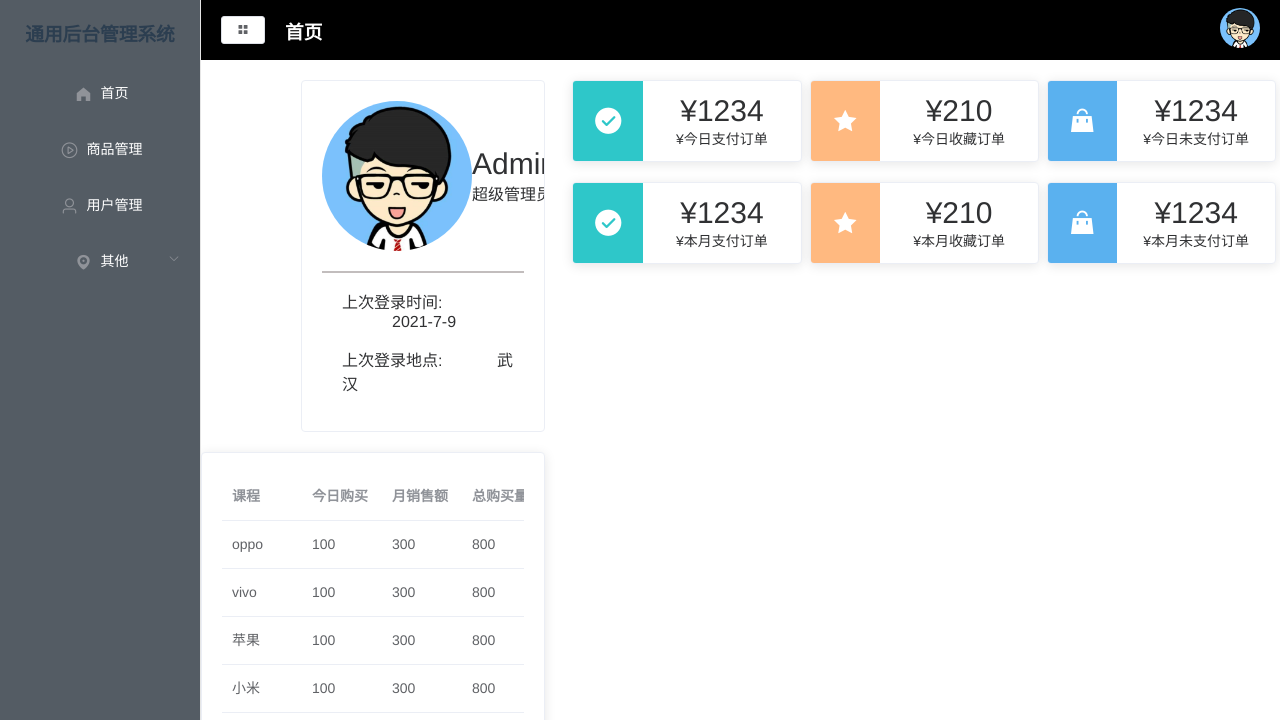
Repository: 385841539/VueStudy
Page: / (app in vue_cli/)
These files come from the project's save history. The page is drawn as it stood at one moment and after the next save; the edit follows.
The browser window is 1280 px wide. The pictures show the whole page.
An inner scrolling area shows only its first screen. The project was rebuilt for these pictures with package versions that can differ from the ones it lists, and the page was loaded fresh each time. Also part of the build but not shown: vue_cli/vue.config.js.

Above is the page before, as saved 2022-01-13 16:03:09.

### vue_cli/public/index.html
<!DOCTYPE html>
<html lang="">

<head>
  <meta charset="utf-8">
  <meta http-equiv="X-UA-Compatible" content="IE=edge">
  <meta name="viewport" content="width=device-width,initial-scale=1.0">
  <link rel="icon" href="<%= BASE_URL %>favicon.ico">
  <title>
    <%= htmlWebpackPlugin.options.title %>
  </title>
  <style>
    body {

      padding: 0px;
      margin: 0px;
      width: 100%;
      height: 100%;

    }
  </style>
</head>

<body>
  <noscript>
    <strong>We're sorry but <%= htmlWebpackPlugin.options.title %> doesn't work properly without JavaScript enabled.
        Please enable it to continue.</strong>
  </noscript>
  <div id="app"></div>
  <!-- built files will be auto injected -->
</body>

</html>

### vue_cli/src/main.js
import Vue from 'vue'
import App from './App.vue'
import './registerServiceWorker'
import router from './router'
import store from './store'

import ElementUI from 'element-ui';
import 'element-ui/lib/theme-chalk/index.css';

Vue.use(ElementUI);


Vue.config.productionTip = false



new Vue({
  router,
  store,
  render: h => h(App)
}).$mount('#app')

### vue_cli/src/App.vue
<template>
  <div id="app">
    <!-- <p>这是一个P段落</p>
    <el-button>按钮</el-button>
    <el-button type="info">信息</el-button>
    <el-radio v-model="radio" label="1">备选项1</el-radio>
    <el-radio v-model="radio" label="2">备选项1</el-radio>

    <div>
      <router-link to="/">去home组件</router-link>
      <router-link to="/about">去about组件</router-link>
    </div> -->

    <router-view></router-view>
  </div>
</template>
<script>


export default {
  data() {
    return {
      radio: "1",
    };
  },
};
</script>


<style lang="scss">
#app {
  font-family: Avenir, Helvetica, Arial, sans-serif;
  -webkit-font-smoothing: antialiased;
  -moz-osx-font-smoothing: grayscale;
  text-align: center;
  color: #2c3e50;
}

#nav {
  padding: 30px;

  a {
    font-weight: bold;
    color: #2c3e50;

    &.router-link-exact-active {
      color: #42b983;
    }
  }
}
</style>

### vue_cli/src/router/index.js
import Vue from 'vue'
import VueRouter from 'vue-router'
import Main from '../views/Main.vue'

Vue.use(VueRouter)

const routes = [
  {
    path: '/',
    name: 'main',
    component: Main,
    children: [

      {
        path: "/",
        name: "home",
        component: () => import('@/views/Home/Home')

      },
      {
        path: "/mall",
        name: "mall",
        component: () => import('@/views/Mall/Mall')

      },

    ]
  },
  {
    path: '/about',
    name: 'About',
    // route level code-splitting
    // this generates a separate chunk (about.[hash].js) for this route
    // which is lazy-loaded when the route is visited.
    component: () => import(/* webpackChunkName: "about" */ '../views/About.vue')
  }
]

const router = new VueRouter({
  mode: 'history',
  base: process.env.BASE_URL,
  routes
})

export default router

### vue_cli/src/store/index.js
import Vue from 'vue'
import Vuex from 'vuex'
import tab from "./tab"

Vue.use(Vuex)

export default new Vuex.Store({
  state: {
  },
  mutations: {
  },
  actions: {
  },
  modules: {
    tab
  }
})

### vue_cli/src/views/Main.vue
<template>
  <el-container style="height: 100vh">
    <el-aside width="auto">
      <CommonAside></CommonAside>
    </el-aside>
    <el-container>
      <el-header>
        <CommonHeader></CommonHeader>
      </el-header>
      <el-main>
        <router-view></router-view>
      </el-main>
    </el-container>
  </el-container>
</template>

<script>
// @ is an alias to /src
import CommonAside from "../components/CommonAside.vue";
import CommonHeader from "../components/CommonHeader.vue";

export default {
  name: "main",
  components: {
    CommonAside,
    CommonHeader,
  },
};
</script>
<style lang='scss' scoped>
.el-container {
  padding: 0px;
  max-width: 100%;
}
.el-aside {
  margin: 0px;
  padding: 0px;
}
.el-header {
  background-color: black;
  width: 100%;
  padding: 0%;
  margin: 0%;
}
.el-main {
  padding: 0px;
  height: 100%;
  width: 100%;
}
.router-view {
  padding: 0px;
  height: 100%;
  width: 100%;
}
</style>

### vue_cli/src/views/Home/Home.vue




<template>
  <div>
    <el-row :gutter="24">
      <el-col :span="8" style="margin-top: 20px">
        <el-card shadow="hover" style="margin-left:100px">
          <div class="user">
            <img :src="userImg" />
            <div class="userInfo">
              <p style="font-size: 30px">Admin</p>
              <p>超级管理员</p>
            </div>
          </div>

          <div class="loginInfo">
            <p>上次登录时间: <span>2021-7-9</span></p>
            <p>上次登录地点: <span>武汉</span></p>
          </div>
        </el-card>
        <el-card style="height: 470px; margin-top: 20px">
          <el-table :data="tableData">
            <el-table-column
              show-overflow-tooltip
              v-for="(value, key) in tableLabel"
              :key="key"
              :prop="key"
              :label="value"
            ></el-table-column>
          </el-table>
        </el-card>
      </el-col>
      <el-col :span="16" style="margin-top: 20px">
        <div class="num">
          <el-card
            shandow="hover"
            v-for="item in countData"
            :key="item.name"
            :body-style="{ display: 'flex', padding: 0 }"
          >
            <i
              class="icon"
              :class="`el-icon-${item.icon}`"
              :style="{ background: item.color }"
            ></i>
            <div class="detail">
              <p class="num">¥{{ item.value }}</p>
              <p class="txt">¥{{ item.name }}</p>
            </div>
          </el-card>
        </div>
      </el-col>
    </el-row>
  </div>
</template>



<script>
export default {
  data() {
    return {
      userImg: require("../../assets/images/user.png"),
      tableData: [
        {
          name: "oppo",
          todayBuy: 100,
          monthBuy: 300,
          totalBuy: 800,
        },
        {
          name: "vivo",
          todayBuy: 100,
          monthBuy: 300,
          totalBuy: 800,
        },
        {
          name: "苹果",
          todayBuy: 100,
          monthBuy: 300,
          totalBuy: 800,
        },
        {
          name: "小米",
          todayBuy: 100,
          monthBuy: 300,
          totalBuy: 800,
        },
        {
          name: "三星",
          todayBuy: 100,
          monthBuy: 300,
          totalBuy: 800,
        },
        {
          name: "魅族",
          todayBuy: 100,
          monthBuy: 300,
          totalBuy: 800,
        },
      ],
      tableLabel: {
        name: "课程",
        todayBuy: "今日购买",
        monthBuy: "月销售额",
        totalBuy: "总购买量",
      },
      countData: [
        {
          name: "今日支付订单",
          value: 1234,
          icon: "success",
          color: "#2ec7c9",
        },
        {
          name: "今日收藏订单",
          value: 210,
          icon: "star-on",
          color: "#ffb980",
        },
        {
          name: "今日未支付订单",
          value: 1234,
          icon: "s-goods",
          color: "#5ab1ef",
        },
        {
          name: "本月支付订单",
          value: 1234,
          icon: "success",
          color: "#2ec7c9",
        },
        {
          name: "本月收藏订单",
          value: 210,
          icon: "star-on",
          color: "#ffb980",
        },
        {
          name: "本月未支付订单",
          value: 1234,
          icon: "s-goods",
          color: "#5ab1ef",
        },
      ],
    };
  },
};
</script>


<style  lang="scss" scoped>
// div {
//   background: blue;
//   height: 100%;
//   padding: 0px;
//   margin: 0px;
// }


.user {
  display: flex;
  align-items: center;
  justify-content: space-around;
  border-bottom: 2px solid rgb(194, 189, 189);

  padding-bottom: 20px;
  .userInfo {
    text-align: start;

    p {
      margin: 0px;
    }
  }
  img {
    width: 150px;
    height: 150px;
    border-radius: 50%;
  }
}

.loginInfo {
  // background-color: yellowgreen;
  margin-top: 0px;
  text-align: start;
  padding-left: 20px;

  span {
    margin-left: 50px;
  }
}

.num {
  display: flex;
  flex-wrap: wrap;
  justify-content: space-around;
  margin: 0px;
  .el-card {
    margin: 0px;
    width: 32%;
    margin-bottom: 20px;
    height: 80px;
  }
  .icon {
    font-size: 30px;
    width: 100px;
    height: 80px;
    color: white;
    line-height: 80px;
  }
  .detail {
    display: flex;
    flex-direction: column;
    justify-content: center;
    width: 100%;

    .num {
      font-size: 30px;

      justify-content: center;
    }
    .txt {
      font-size: 14px;
      justify-content: center;
    }
    p {
      margin: 0px;
    }
  }
}
</style>

### vue_cli/src/store/tab.js
export default {


    state: {

        isCollapse: false

    },


    mutations: {

        collaspseMenu(state) {
            state.isCollapse = !state.isCollapse

        }



    }


}

### vue_cli/src/components/CommonAside.vue
<template>
  <el-menu
    class="el-menu-vertical-demo"
    :collapse="isCollapse"
    background-color="#545c64"
    text-color="#fff"
    active-text-color="#ffd04b"
  >
    <h3>{{ getName }}</h3>

    <el-menu-item
      :index="item.path"
      v-for="item in noChildren"
      :key="item.name"
      @click="clickMenu(item)"
    >
      <i :class="'el-icon-' + item.icon"></i>
      <span slot="title">{{ item.label }}</span>
    </el-menu-item>

    <el-submenu
      :index="item.label"
      v-for="item in hazChildren"
      :key="item.label"
    >
      <div slot="title">
        <i :class="'el-icon-' + item.icon"></i>
        <span>{{ item.label }}</span>
      </div>

      <el-menu-item-group>
        <el-menu-item
          v-for="(subItem, subIndex) in item.children"
          :index="subItem.path"
          :key="subIndex"
        >
          <i :class="'el-icon-' + subItem.icon"></i>
          <span slot="title">{{ subItem.label }}</span>
        </el-menu-item>
      </el-menu-item-group>
    </el-submenu>
  </el-menu>
</template>

<style lang="scss" scoped>


.el-menu-vertical-demo:not(.el-menu--collapse) {
  width: 200px;
  height: 100%;
  min-height: 400px;
}

.el-menu-item{

justify-content: space-around;
background-color: tomato;

}
.el-submenu{

justify-content: space-around;
background-color: green;

}
</style>


<script>
export default {
  data() {
    return {
      menu: [
        {
          path: "/",
          name: "home",
          label: "首页",
          icon: "s-home",
          url: "Home/Home",
        },
        {
          path: "/mall",
          name: "mall",
          label: "商品管理",
          icon: "video-play",
          url: "MallManage/MallManage",
        },
        {
          path: "/user",
          name: "user",
          label: "用户管理",
          icon: "user",
          url: "UserMange/UserMange",
        },
        {
          label: "其他",
          icon: "location",
          children: [
            {
              path: "/page1",
              name: "page1",
              label: "页面1",
              icon: "setting",
              url: "Other/PageOne",
            },
            {
              path: "/page2",
              name: "page2",
              label: "页面2",
              icon: "setting",
              url: "Other/PageTwo",
            },
          ],
        },
      ],
    };
  },
  methods: {
    clickMenu(item) {
      console.log(item);
      this.$router.push({ name: item.name });
    },
  },
  computed: {
    isCollapse() {
      return this.$store.state.tab.isCollapse;
    },
    getName() {
      if (this.isCollapse) return "后台";

      return "通用后台管理系统";
    },
    noChildren() {
      return this.menu.filter((item) => {
        console.log(item);
        return !item.children;
      });
    },
    hazChildren() {
      return this.menu.filter((item) => item.children);
    },
  },
};
</script>

### vue_cli/src/components/CommonHeader.vue
<template>
  <header>
    <div class="l-content">
      <el-button
        plain
        icon="el-icon-menu"
        size="mini"
        v-on:click="handleMenu"
      ></el-button>
      <h3 class="home-title">首页</h3>
    </div>

    <div class="r-content">
      <el-dropdown szie="mini" trigger="click">
        <span>
          <img :src="userImg" class="user" />
        </span>

        <el-dropdown-menu slot="dropdown">
          <el-dropdown-item>个人中心</el-dropdown-item>
          <el-dropdown-item>个人中心1</el-dropdown-item>
        </el-dropdown-menu>
      </el-dropdown>
    </div>
  </header>
</template>



<script>
export default {
  data() {
    return {
      userImg: require("../assets/images/user.png"),
    };
  },

  methods: {
    handleMenu() {
      this.$store.commit("collaspseMenu");
    },
  },
};
</script>


<style  lang="scss" scoped>
header {
  display: flex;
  height: 100%;
  width: 100%;
  align-items: center;
  justify-content: space-between;
  padding: 0;
  margin: 0;
}

.home-title {
  color: white;
}

.l-content {
  display: flex;
  align-items: center;
  margin-left: 20px;
  .el-button {
    margin-right: 20px;
  }
}

.r-content {
  .user {
    width: 40px;
    height: 40px;
    border-radius: 50%;
    margin-right: 20px;
  }
}
</style>

Loaded but not shown: vue_cli/src/registerServiceWorker.js (common file)

After the next save:
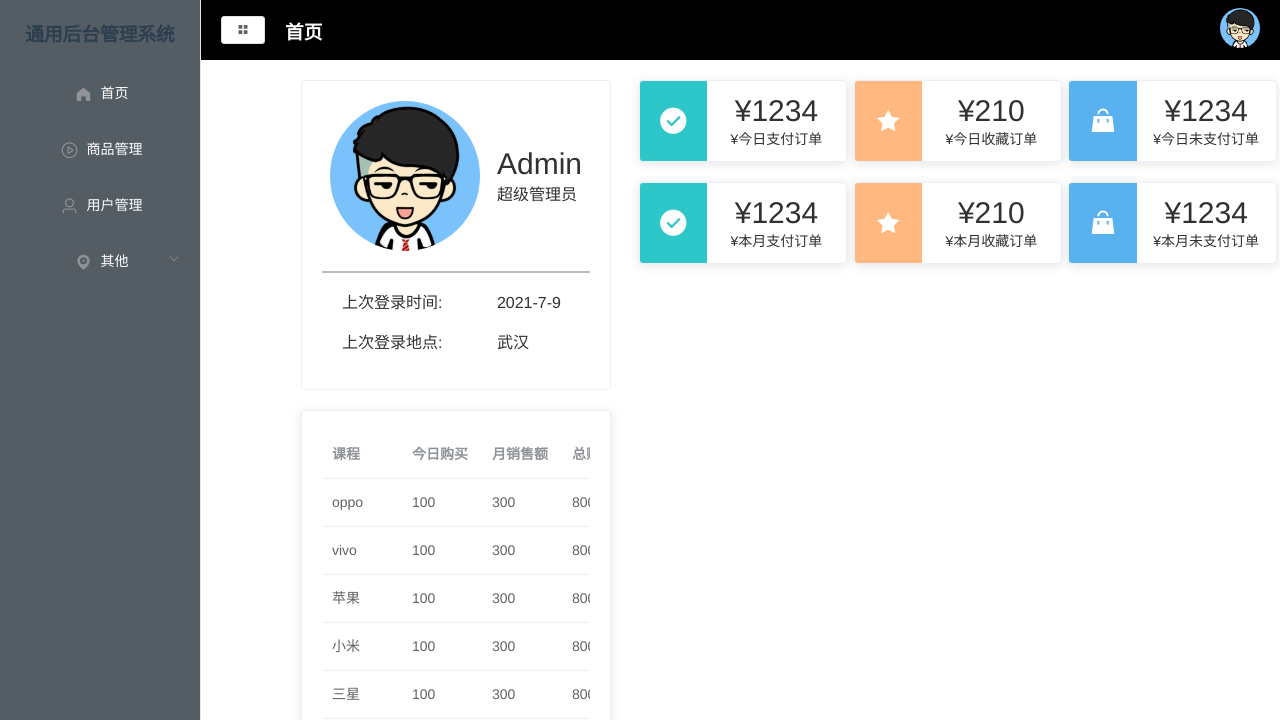
Saved 2 h 19 min later.
--- a/vue_cli/src/views/Home/Home.vue
+++ b/vue_cli/src/views/Home/Home.vue
@@ -3,10 +3,10 @@
 
 
 <template>
-  <div>
+  <div style="margin-left:100px">
     <el-row :gutter="24">
       <el-col :span="8" style="margin-top: 20px">
-        <el-card shadow="hover" style="margin-left:100px">
+        <el-card shadow="hover">
           <div class="user">
             <img :src="userImg" />
             <div class="userInfo">
